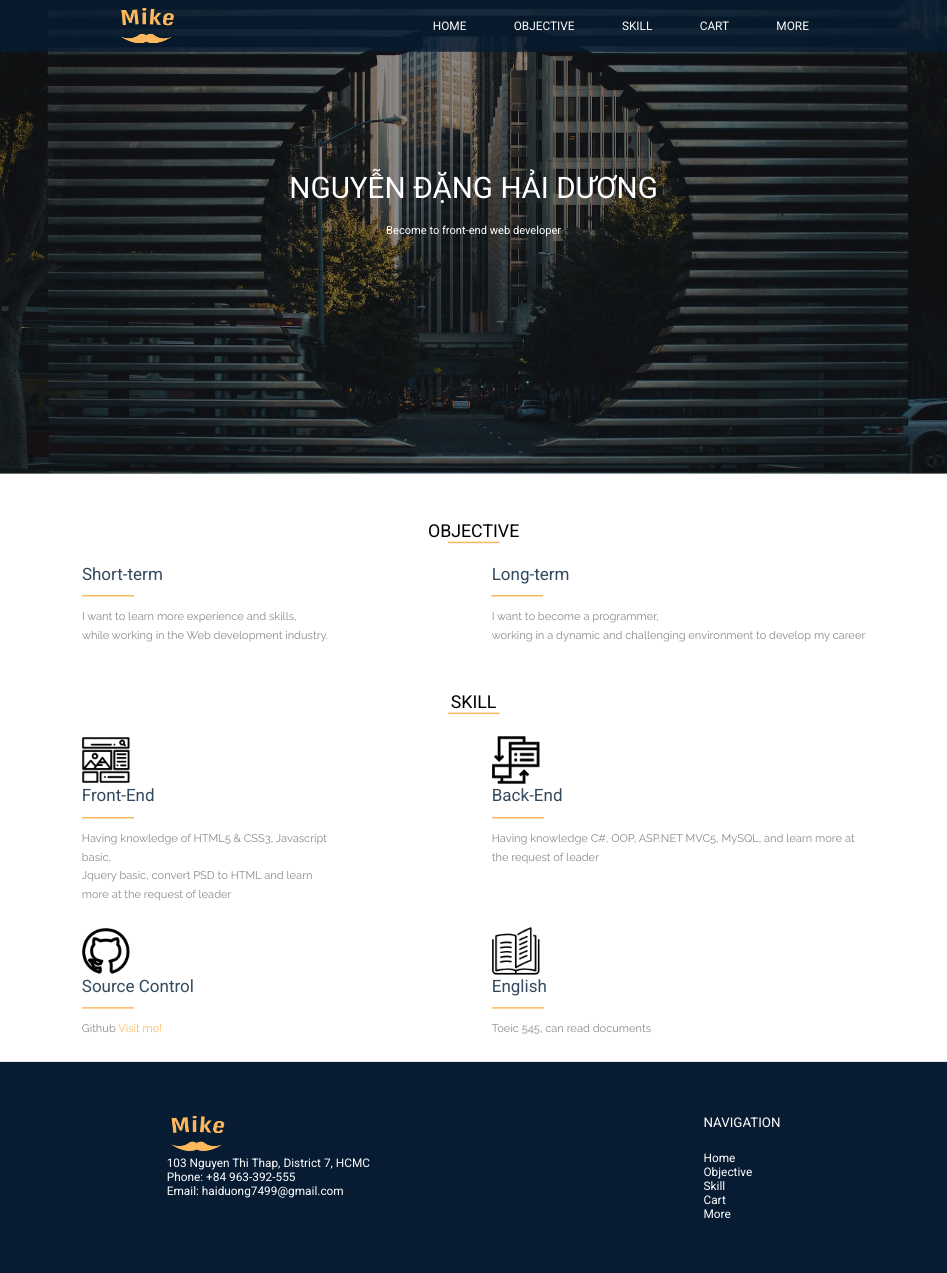
Repository: haiduong7499/Personal-Profile
Page: index.html
An editor plug-in stored every save of this project. The page is shown before and after the next save, followed by the edit.
The browser window is 1280 px wide. The pictures show the whole page, at 74% of full size.

Above is the page before, as saved 2021-03-02 13:07:47.

After the next save:
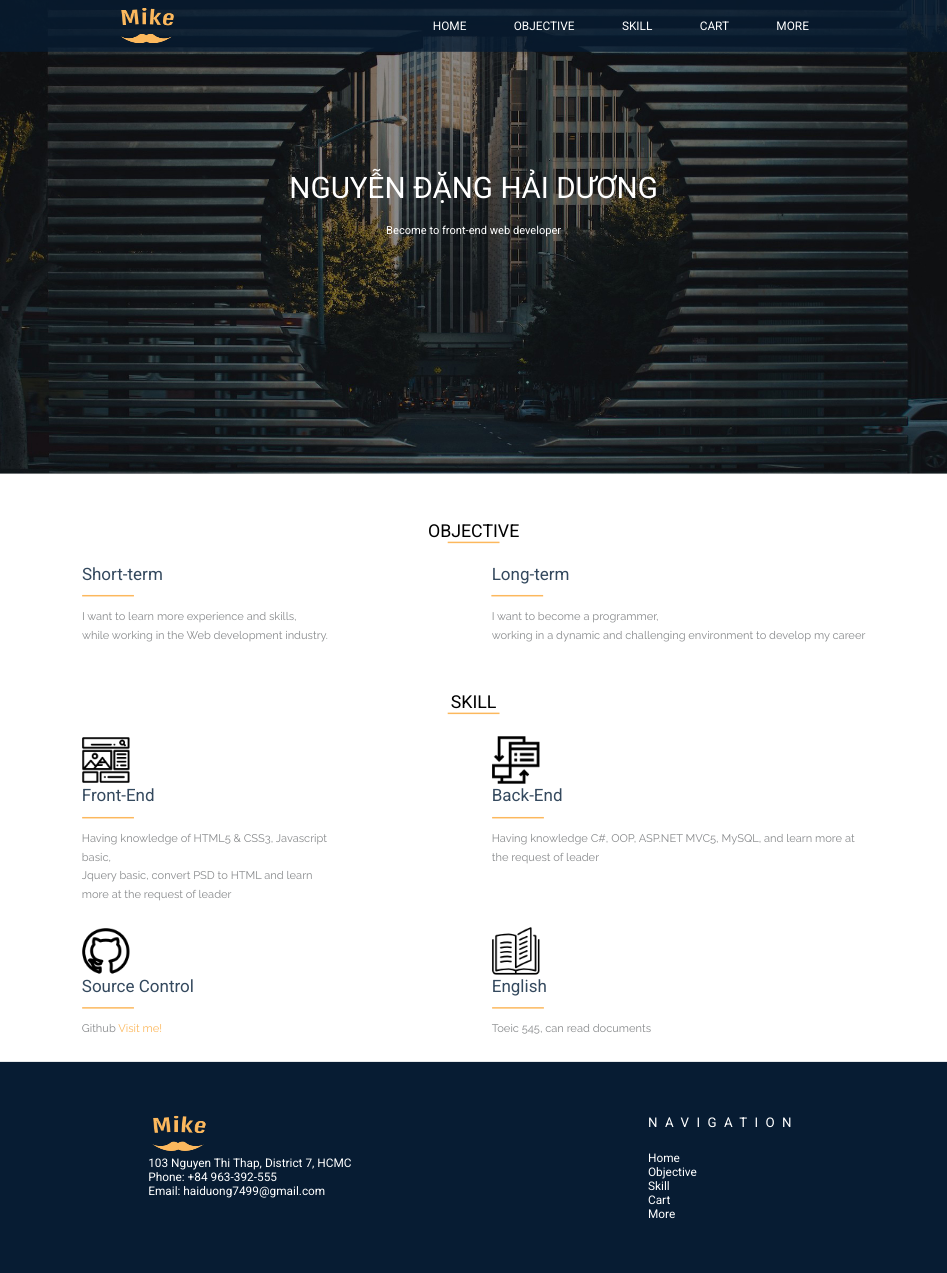
Saved 19 s later.
--- a/style/style.css
+++ b/style/style.css
@@ -19,6 +19,7 @@
     font-family: inherit;
     margin-bottom:26px;
     text-transform: uppercase;
+    letter-spacing:10px;
 }
 li{
     list-style: none;
